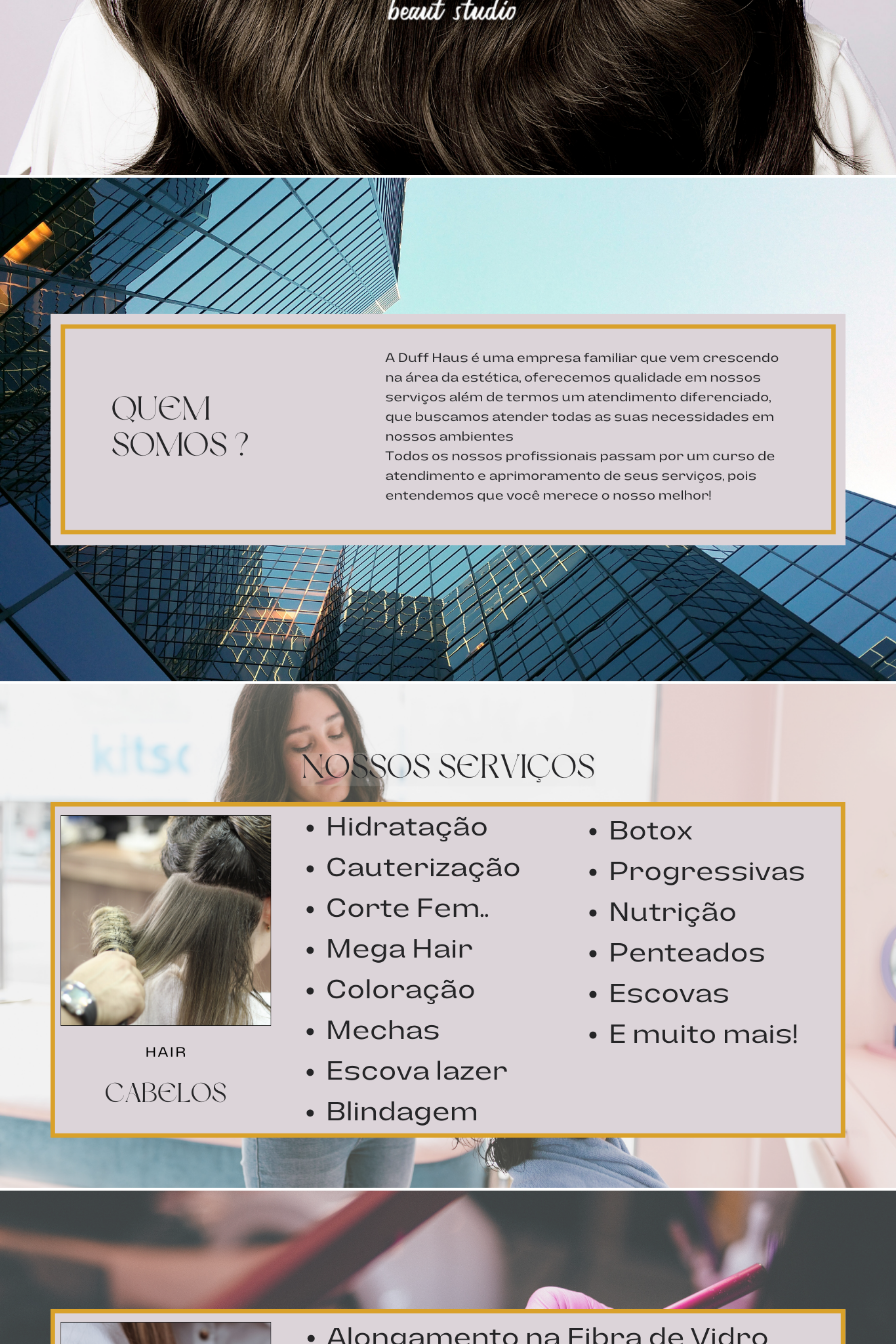
Repository: marllon-hetzler/Site-Duffhaus-studiodebeleza
Page: home.html
The author's editor kept a copy of each file at every save. The page is drawn from the files as they stood at one save, then again after the next save.
The browser window is 1280 px wide. The pictures show the part of the page from y = 470 to 2390 px (the page is 6513 px tall), at 70% of full size.

Above is the page before, as saved 2023-02-20 13:01:21.

After the next save:
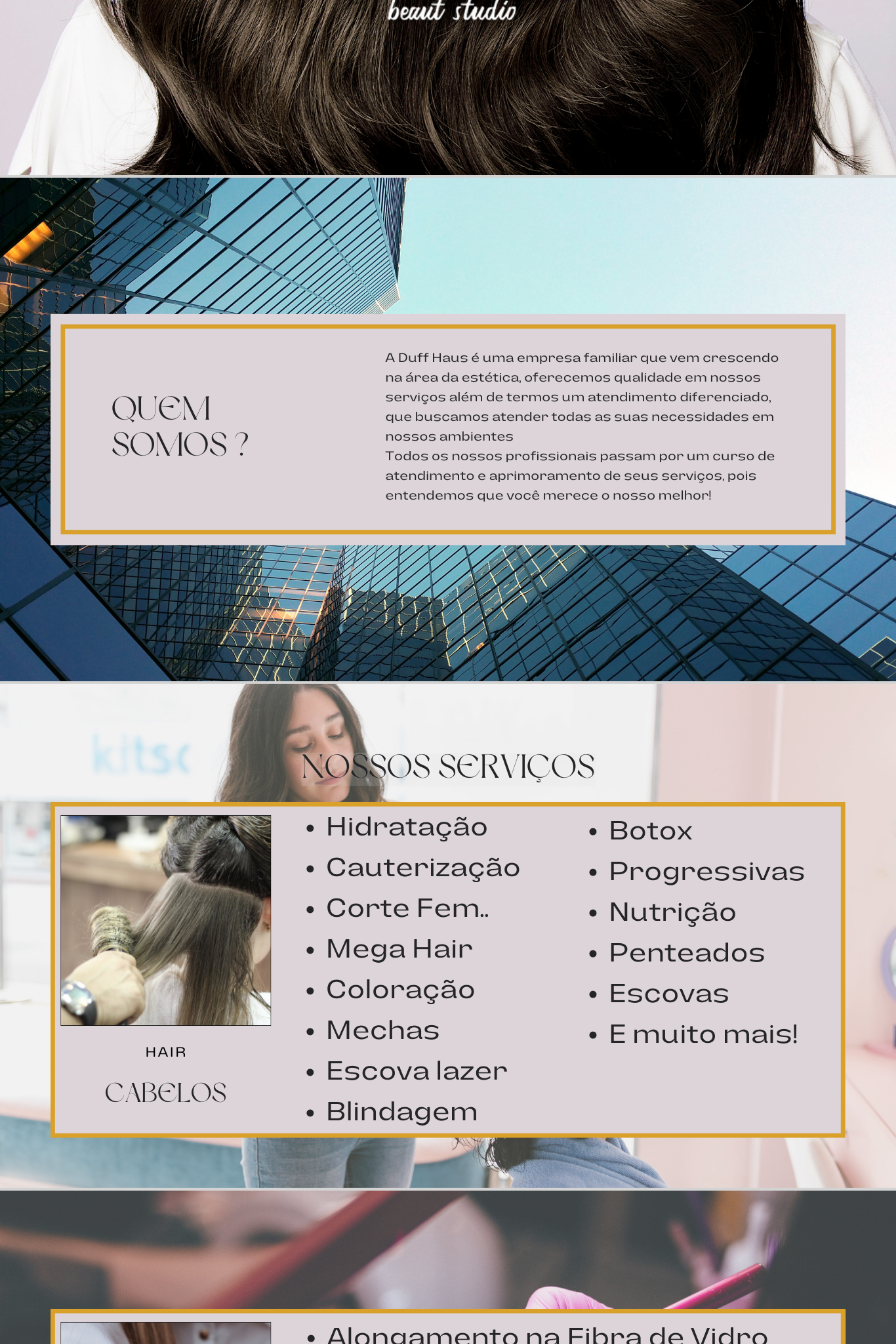
Saved 25 s later.
--- a/style.css
+++ b/style.css
@@ -2,6 +2,9 @@
 *{
     margin: 0;
     padding: 0;
+}
+body{
+    background-color: lightgray;
 }
 .png{
     width: 100%;
